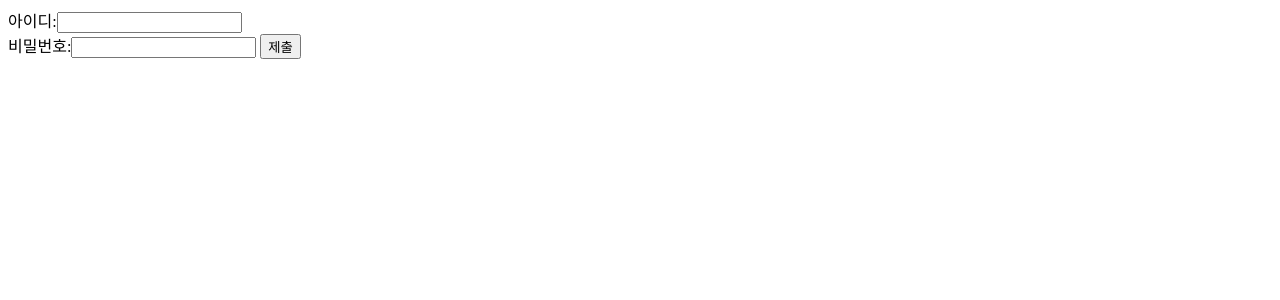
Repository: JongMin22/jsp.practice
Page: http://localhost/JSPBasic/JspObject/1.requests/req_login_form.jsp
These files come from the project's save history. The page is drawn as it stood at one moment and after the next save; the edit follows.
The browser window is 1280 px wide. The pictures show the whole page.
The page is served by Tomcat 9.

Above is the page before, as saved 2022-02-04 01:29:56.

After the next save:
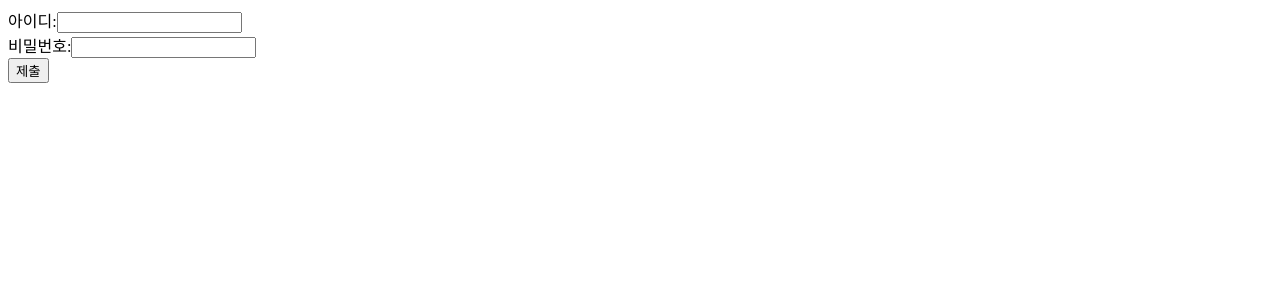
Saved 7 s later.
--- a/JSPBasic/src/main/webapp/JspObject/1.requests/req_login_form.jsp
+++ b/JSPBasic/src/main/webapp/JspObject/1.requests/req_login_form.jsp
@@ -9,7 +9,7 @@
 <body>
 <form action="req_login_result.jsp" method="post">
 아이디:<input type="text" name="id"/><br/>
-비밀번호:<input type="password" name="password"/>
+비밀번호:<input type="password" name="password"/><br/>
 <input type="submit" value="제출"/>
 </form>
 
